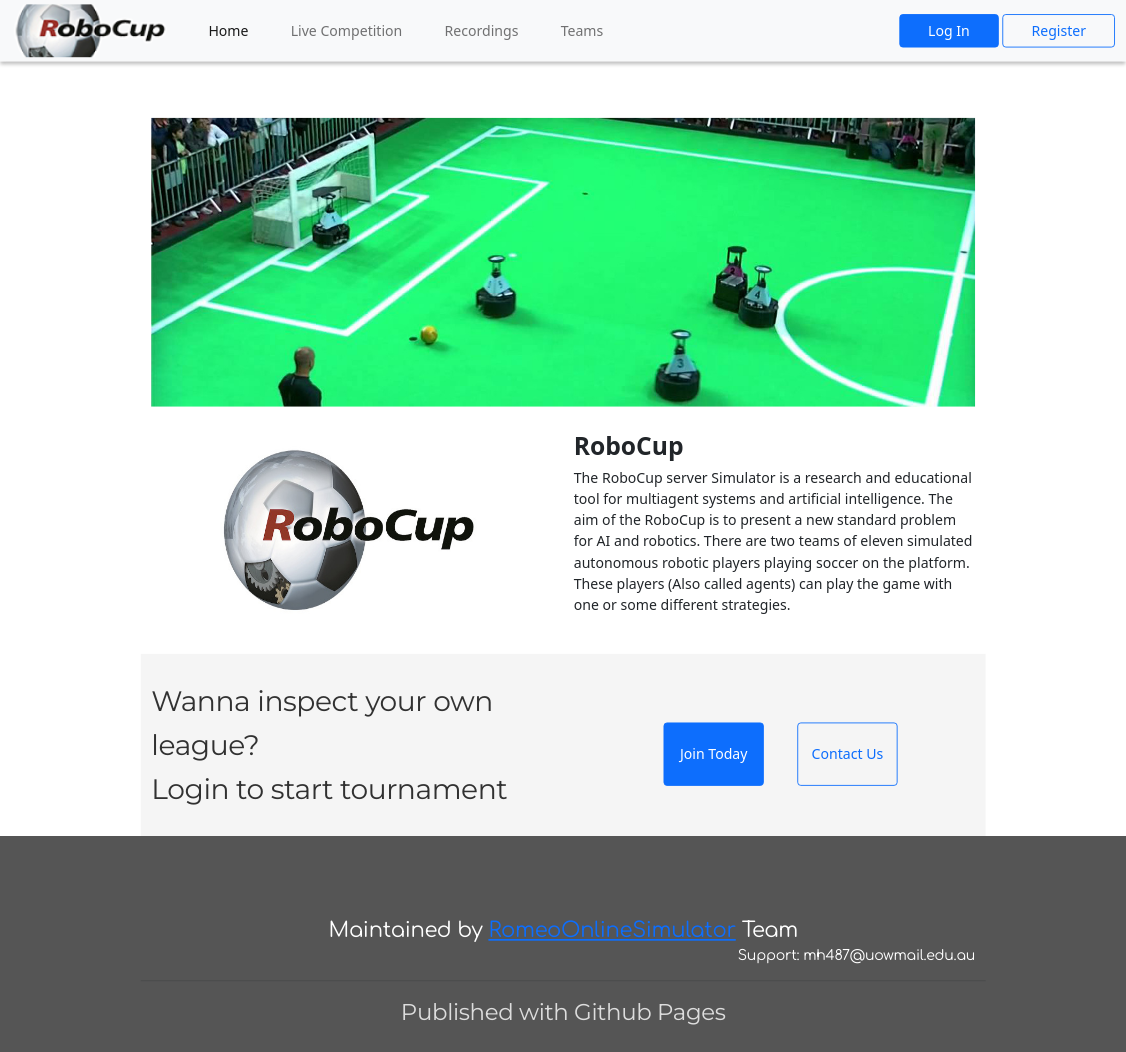
Repository: romeoonlinesim/romeoonlinesim.github.io
Page: index.html
An editor plug-in stored every save of this project. The page is shown before and after the next save, followed by the edit.
The browser window is 1280 px wide. The pictures show the whole page, at 88% of full size.

Above is the page before, as saved 2021-05-18 16:30:54.

After the next save:
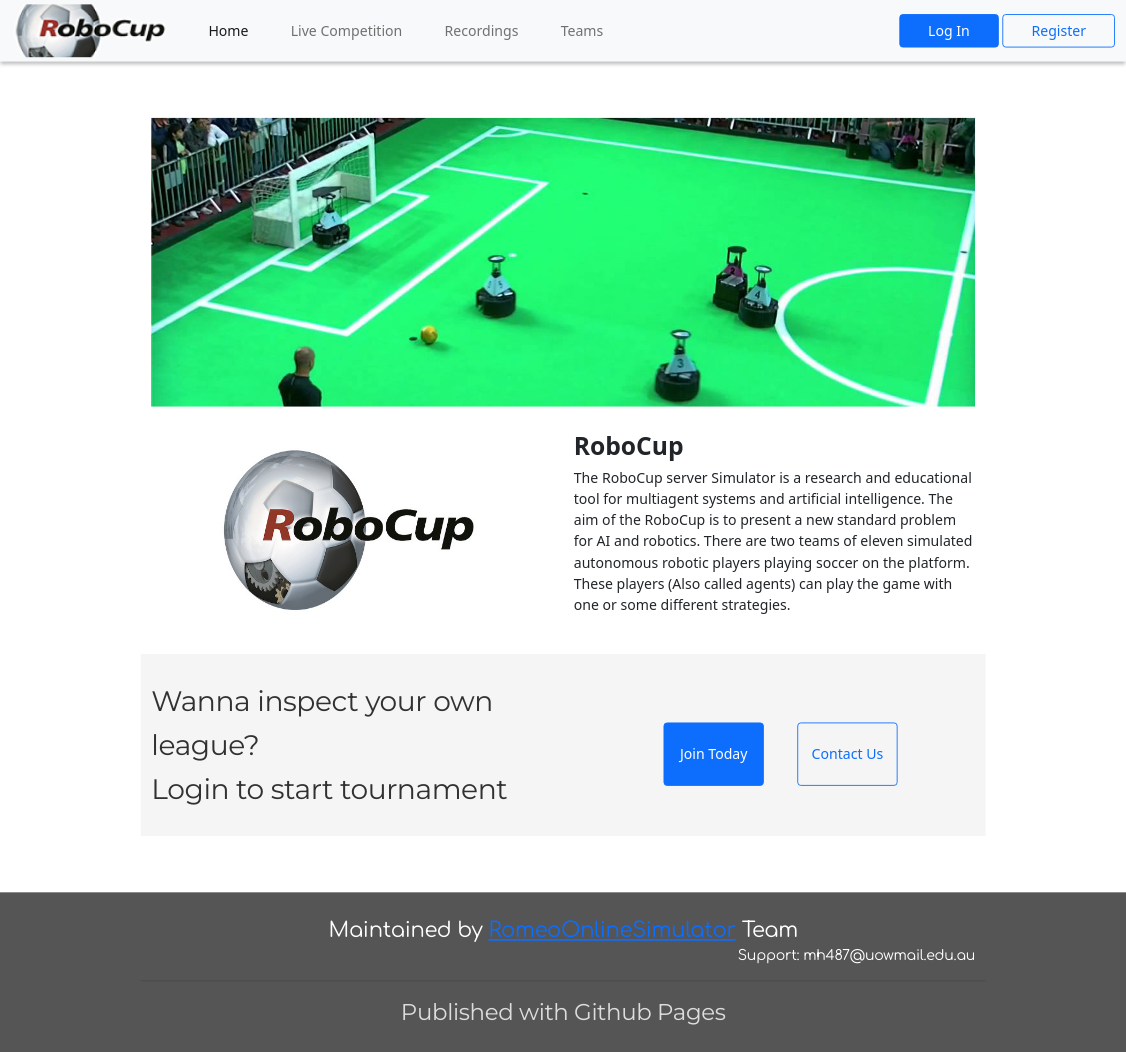
Saved 9 s later.
--- a/index.html
+++ b/index.html
@@ -84,7 +84,7 @@
 
         .container-fluid {
             max-width: 75%;
-            padding-top: 5%;
+            margin-top: 5%;
         }
 
         .footer {
